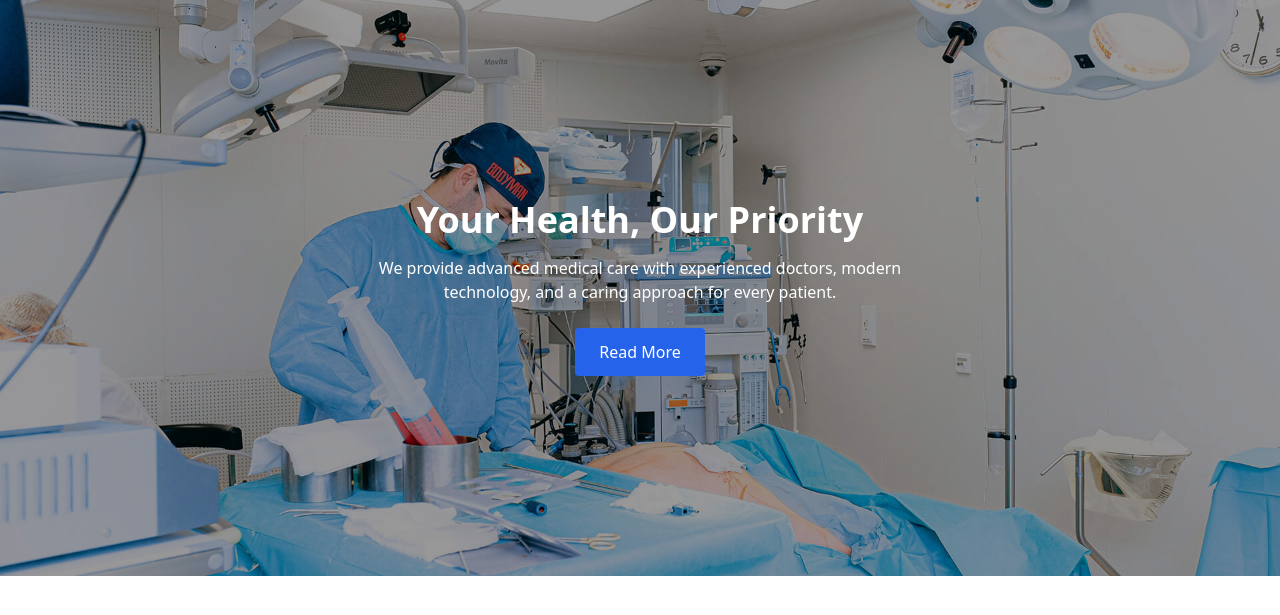
Repository: ahmedkhaleddev02-del/DoctorAppointment-MERN
Page: / (app in frontend/frontend/)
An editor plug-in stored every save of this project. The page is shown before and after the next save, followed by the edit.
The browser window is 1280 px wide. The pictures show the whole page.
The project was rebuilt for these pictures with package versions that can differ from the ones it lists, and the page was loaded fresh each time.

Above is the page before, as saved 2025-07-27 17:48:05.

### frontend/frontend/src/index.css
@tailwind base;
@tailwind components;
@tailwind utilities;


@import "slick-carousel/slick/slick.css";
@import "slick-carousel/slick/slick-theme.css";

### frontend/frontend/src/App.js
import Home from "./pages/Home";
function App() {
  return (
    <>

    <Home/>
    </>
  );
}

export default App;

### frontend/frontend/src/pages/Home.jsx
import React from 'react'

import HeroSlider from '../components/HeroSlider'
function Home() {
  return (
    <div>
        <HeroSlider/>

    </div>
  )
}

export default Home

### frontend/frontend/src/components/HeroSlider.jsx
import React from 'react'
import Slider from "react-slick";
import carousel_1 from "../img/hero-carousel/hero-carousel-1.jpg"

import carousel_2 from "../img/hero-carousel/hero-carousel-2.jpg"


import carousel_3 from "../img/hero-carousel/hero-carousel-3.jpg"

function HeroSlider() {

const settings = {
    dots: true,
    infinite: true,
    autoplay: true,
    autoplaySpeed: 5000,
    fade: true,
    arrows: false
  };


  const slides = [
  {
    image: carousel_1,
    title: "Your Health, Our Priority",
    text: "We provide advanced medical care with experienced doctors, modern technology, and a caring approach for every patient.",
  },
  {
    image: carousel_2,
    title: "Specialized Medical Services",
    text: "From cardiology to pediatrics, our expert teams are ready to help you and your family stay healthy and safe.",
  },
  {
    image: carousel_3,
    title: "Easy Online Appointments",
    text: "Book your appointment quickly and conveniently with top doctors at your preferred time.",
  }
];



  return (
    <section className='relative w-full h-[80vh] overflow-hidden' >
        <Slider {...settings}>
                {slides.map((slide,index)=>(
                    <div  key={index} className="relative w-full h-[80vh]">

                <img  src={slide.image}   className="w-full h-full object-cover"/>

            <div className="absolute inset-0 bg-black bg-opacity-40 flex flex-col justify-center items-center text-center text-white px-4">

                    <h2 className='text-4xl font-bold mb-4'>{slide.title}</h2>

             <p className="max-w-xl">{slide.text}</p>

             <a className="mt-6 inline-block bg-blue-600 px-6 py-3 rounded hover:bg-blue-700">
              Read More

             </a>

                </div>

                    </div>
                ))}


        </Slider>
    </section >
  )
}

export default HeroSlider

Loaded but not shown: frontend/frontend/public/index.html (common file); frontend/frontend/src/index.js (common file); frontend/frontend/tailwind.config.js (common file)

After the next save:
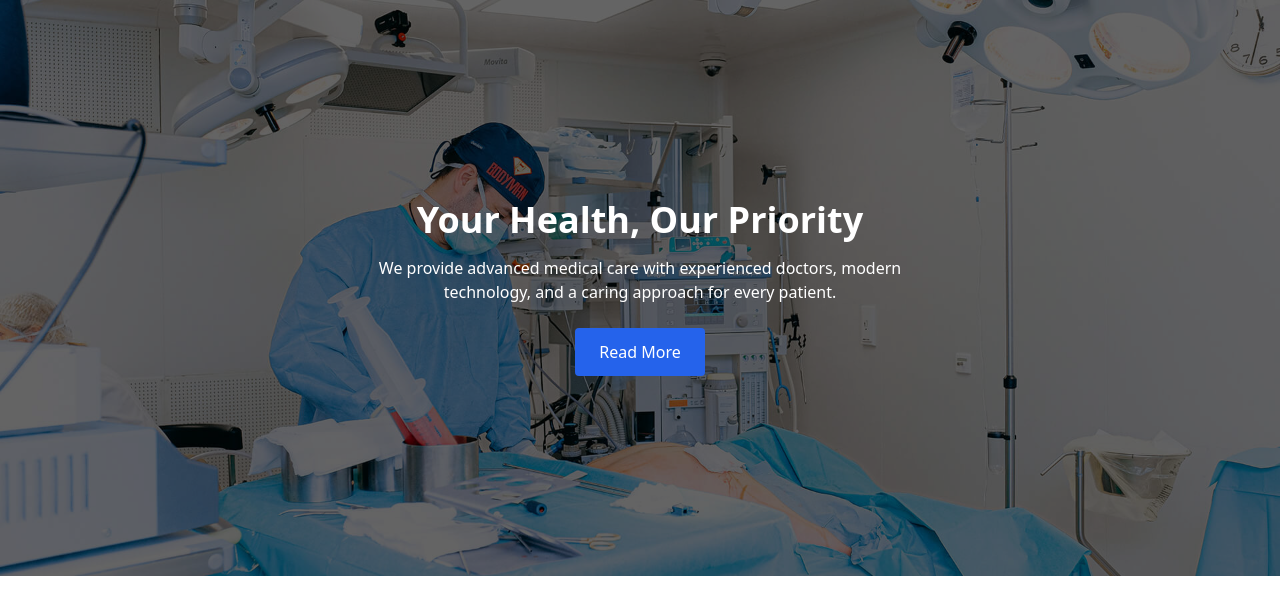
Saved 107 s later.
--- a/frontend/frontend/src/components/HeroSlider.jsx
+++ b/frontend/frontend/src/components/HeroSlider.jsx
@@ -47,7 +47,7 @@
 
                 <img  src={slide.image}   className="w-full h-full object-cover"/>
 
-            <div className="absolute inset-0 bg-black bg-opacity-40 flex flex-col justify-center items-center text-center text-white px-4">
+            <div className="absolute inset-0 bg-black bg-opacity-60 flex flex-col justify-center items-center text-center text-white px-4">
 
                     <h2 className='text-4xl font-bold mb-4'>{slide.title}</h2>
 
